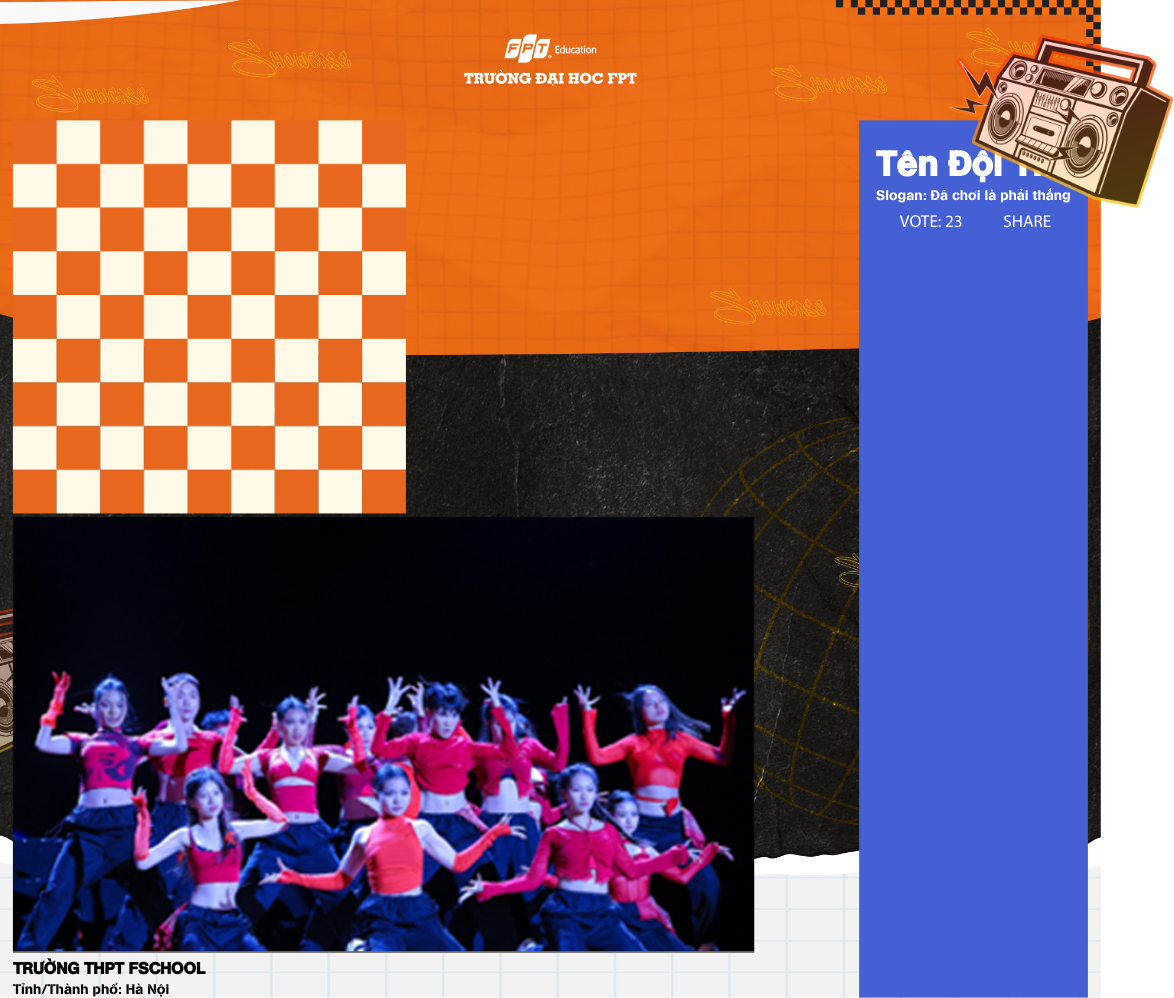
Repository: dinhtri123/hola_fpt
Page: detail.html
These files come from the project's save history. The page is drawn as it stood at one moment and after the next save; the edit follows.
The browser window is 1280 px wide. The page is 1365 px wide, so the pictures cover 1365 px, including what lies to the right of the window. The pictures show the whole page, at 86% of full size.

Above is the page before, as saved 2025-01-04 22:44:43.

### detail.html
<!DOCTYPE html>
<html lang="en">

<head>
  <meta charset="UTF-8">
  <meta name="viewport" content="width=device-width, initial-scale=1.0">
  <title>Detail</title>
  <link rel="stylesheet" href="styles.css">
</head>

<body>
  <section class="detail">
    <img src="./images/detail-bg.png" class="detail-bg" alt="">
    <div class="container">
      <a href="#" class="detail-logo">
        <img src="./images/logo.png" alt="">
      </a>
      <div class="detail-top">
        <div class="detail-top-left">
          <img src="./images/detail-img1.png" class="detail-top-left-bg" alt="">
          <img src="./images/detail-img.png" class="detail-top-left-img" alt="">
          <span>
            <h3>TRƯỜNG THPT FSCHOOL</h3>
            <P>Tỉnh/Thành phố: Hà Nội</P>
          </span>
        </div>
        <div class="detail-top-right">
          <img src="./images/detail-img2.png" alt="">
          <h3>Tên Đội Thi</h3>
          <p>Slogan: Đã chơi là phải thắng</p>
          <div class="news-item-action">
            <div class="vote">
              <i class="fa-regular fa-heart"></i>
              <span>VOTE: 23</span>
            </div>
            <div class="share">
              <i class="fa-regular fa-paper-plane"></i>
              SHARE
            </div>
          </div>
        </div>
      </div>
    </div>
  </section>
</body>

</html>

### styles.css
@font-face {
  font-family: "Myriad Pro";
  src: url("./fonts/MYRIADPRO-REGULAR.ttf") format("truetype");
}
@font-face {
  font-family: "SFUAGBuchStencilBQMedium";
  src: url("./fonts/SFUAGBuchStencilBQMedium.ttf") format("truetype");
  font-weight: normal;
  font-style: normal;
}
:root {
  --font-primary: "SFUAGBuchStencilBQMedium", sans-serif;
  --font-secondary: "Myriad Pro", sans-serif;
  --cl-white: #fff;
}
* {
  box-sizing: border-box;
  padding: 0;
  margin: 0;
}
body {
  font-family: var(--font-primary);
  font-size: 16px;
  font-weight: 400;
}
.container {
  max-width: 1630px;
  padding-left: 15px;
  padding-right: 15px;
  margin: 0px auto;
}
.sm {
  display: none !important;
}
.md {
  display: flex !important;
}
img {
  max-width: 100%;
  height: auto;
  object-fit: cover;
}
.intro > div {
  position: relative;
}
.intro-top {
  z-index: 1;
}
.intro-bg {
  position: absolute;
  width: 100%;
  height: 100%;
  top: 0;
  left: 0;
  z-index: -1;
  object-position: bottom;
}
.intro-inner {
  padding-top: 50px;
  text-align: center;
  z-index: 1;
}
.intro-logo {
  max-width: 280px;
}
.intro-title {
  margin-top: 30px;
}
.intro-title-small {
  margin-top: -60px;
  z-index: -1;
  position: relative;
}
.intro-btn {
  background: linear-gradient(to right, #e24103, #e66715);
  border-radius: 50px;
  border: 2px solid var(--cl-white);
  font-size: 54px;
  padding: 10px 100px 15px;
  color: var(--cl-white);
  text-transform: uppercase;
  font-family: var(--font-primary);
  line-height: 1;
  width: max-content;
  min-height: 80px;
  transform: translateY(30px);
}
.intro-bottom {
  padding-top: 180px;
  margin-top: -80px;
  text-align: center;
  padding-bottom: 100px;
}
.intro-bottom-desc {
  position: relative;
  padding: 220px 120px;
}
.intro-bottom-desc img {
  position: absolute;
  top: 0;
  left: 0;
  width: 100%;
  height: 100%;
  z-index: -1;
  object-fit: contain;
}
.intro-bottom-desc p {
  padding: 100px 50px;
  background: rgba(0, 0, 0, 0.5);
  color: var(--cl-white);
  font-family: var(--font-secondary);
  font-size: 30px;
  line-height: 1.4;
}
.intro-bottom .intro-btn {
  margin-top: -50px;
  transform: translateY(-40px);
}
/* reward */
.reward {
  position: relative;
}
.reward-bg {
  position: absolute;
  top: 0;
  left: 0;
  width: 100%;
  height: 100%;
}
.reward-inner {
  padding: 100px 0px;
  position: relative;
}
.time {
  position: relative;
  padding: 100px 0px 40px;
}
.time-bg {
  position: absolute;
  top: 0;
  left: 0;
  width: 100%;
  height: 100%;
  z-index: -1;
  object-position: bottom;
}
.time h2 {
  text-align: center;
  margin-top: 80px;
  margin-bottom: 50px;
}
.time-search {
  max-width: 80%;
  width: 100%;
  position: relative;
  min-height: 70px;
  padding: 10px;
  display: flex;
  align-items: center;
  border: 2px solid #f15a24;
  border-radius: 50px;
  margin: 0px auto;
}
.time-search input {
  flex: 1;
  width: 100%;
  height: 100%;
  background: transparent;
  border: none;
  outline: none;
  min-height: inherit;
  padding: 5px 20px;
  font-family: var(--font-secondary);
  font-size: 30px;
  color: var(--cl-white);
}
.time-search input::placeholder {
  color: var(--cl-white);
}
.time-search span {
  display: flex;
  width: max-content;
  height: 100%;
  background: linear-gradient(to right, transparent, #5e321a);
  align-items: center;
  min-height: inherit;
  padding: 5px 30px;
  text-transform: uppercase;
  color: var(--cl-white);
  font-size: 30px;
  border-radius: 50px;
  cursor: pointer;
}
.footer {
  margin-top: 100px;
}
.footer-top {
  display: flex;
  justify-content: space-between;
  align-items: flex-end;
  border-bottom: 1px solid var(--cl-white);
  padding: 10px 0px;
}
.footer-top p {
  font-family: var(--font-secondary);
  font-size: 24px;
  color: var(--cl-white);
}
.footer-social {
  display: flex;
  gap: 10px;
  align-items: center;
}
.footer-social a {
  width: 60px;
  height: 60px;
  border-radius: 8px;
  background-color: #f37021;
  color: var(--cl-white);
  display: flex;
  align-items: center;
  justify-content: center;
  text-decoration: none;
}
.footer-social a i {
  font-size: 24px;
}
.footer-main {
  margin-top: 50px;
  text-align: center;
  color: var(--cl-white);
  font-family: var(--font-secondary);
}
.footer-logo {
  margin-bottom: 20px;
  display: block;
}
.footer address {
  font-size: 28px;
  margin-bottom: 5px;
}
.footer-main a {
  display: block;
  text-align: center;
  color: var(--cl-white);
  text-decoration: none;
  font-size: 24px;
  margin: 0px auto 5px;
  width: fit-content;
}
.news-list {
  display: grid;
  grid-template-columns: repeat(3, 1fr);
  justify-content: space-between;
  margin-top: 100px;
  gap: 50px;
  padding-bottom: 50px;
}
.news-item {
  max-width: 460px;
}
.news-item-top {
  position: relative;
  padding: 52px;
}
.news-item-bg {
  position: absolute;
  z-index: -1;
  top: 0;
  left: 0;
  width: 100%;
}
.news-top-content {
  background-color: #4460d4;
  color: var(--cl-white);
  padding: 18px;
  width: 86%;
  transform: translateY(-4px);
}
.news-top-content h3 {
  font-size: 32px;
  text-transform: uppercase;
  font-weight: 500;
}
.news-top-content p {
  font-size: 16px;
  font-weight: 500;
}
.news-item-bottom {
  background: #000;
  margin-top: -5px;
  color: var(--cl-white);
  border-bottom-left-radius: 12px;
  border-bottom-right-radius: 10px;
}
.news-item-desc {
  position: relative;
  transform: translateY(-25px);
}
.news-item-desc::before {
  content: "";
  position: absolute;
  top: 0;
  left: 0;
  background-image: url("./images/news-img2.png");
  background-repeat: no-repeat;
  width: 100%;
  height: 100%;
  background-size: 100% 100%;
  transform: scaleX(1.03) scaleY(1.5);
}
.news-item-desc p {
  max-width: 80%;
  margin: 0px auto;
  z-index: 1;
  font-size: 12px;
  position: relative;
  padding: 5px 0px;
  transform: rotate(-4deg);
  font-weight: 600;
  font-family: var(--font-secondary);
  color: #3b382b;
}
.news-item-desc p b {
  font-family: var(--font-primary);
  text-transform: uppercase;
}
.news-item-action {
  display: flex;
  justify-content: space-between;
  align-items: center;
  max-width: 80%;
  margin: 0px auto;
  padding: 10px 0px;
  font-size: 20px;
  font-family: var(--font-secondary);
}
.news-item-action > div {
  display: flex;
  gap: 5px;
  align-items: center;
  cursor: pointer;
}
.news-item-action > div i {
  font-size: 22px;
}

/* detail */
.detail {
  position: relative;
}
.detail-bg {
  position: absolute;
  top: 0;
  left: 0;
  width: 100%;
  height: 100%;
  z-index: -1;
  object-position: top;
}
.detail-logo {
  max-width: 200px;
  margin: 0px auto 40px;
  display: flex;
  padding-top: 40px;
}
.detail-top {
  display: flex;
  gap: 20px;
}
.detail-top-left {
  flex: 1;
}
.detail-top-right {
  max-width: 600px;
  background-color: #4460d4;
  padding: 20px;
  position: relative;
  color: var(--cl-white);
}
.detail-top-right > img {
  position: absolute;
  top: -100px;
  right: -100px;
}
.detail-top-right h3 {
  font-size: 40px;
}
.detail-top-right p {
  font-size: 16px;
}

@media screen and (max-width: 1280px) {
  .news-list {
    grid-template-columns: repeat(2, 1fr);
  }
}
@media screen and (max-width: 1024px) {
  .intro-bottom-desc {
    padding: 100px 20px;
  }
  .intro-bottom-desc p {
    padding: 50px;
  }
  .news-top-content h3 {
    font-size: 20px;
  }
  .news-item-top {
    padding: 40px;
  }
  .news-list {
    gap: 40px;
  }
  .footer {
    margin: 0;
  }
}
@media screen and (max-width: 767px) {
  .sm {
    display: flex !important;
  }
  .md {
    display: none !important;
  }
  .intro-btn {
    padding: 10px 20px;
    min-height: auto;
    font-size: 16px;
  }
  .intro-bottom-desc p {
    padding: 20px;
    font-size: 16px;
  }
  .intro-logo {
    max-width: 120px;
    margin: 0px auto;
    display: flex;
  }
  .intro-inner .intro-bg {
    object-position: top;
    object-fit: fill;
  }
  .intro-inner {
    padding-top: 40px;
  }
  .intro-title-small {
    display: none;
  }
  .intro-inner .intro-btn {
    transform: translateY(20px);
  }
  .intro-title {
    max-width: 90%;
    margin: 30px auto 0px;
  }
  .intro-bottom {
    padding-top: 130px;
  }
  .intro-bottom > div > img:nth-child(3) {
    max-width: 80%;
  }
  .intro-bottom-desc {
    padding: 0px;
  }
  /* .intro-bottom-desc img {
    transform: scale(1.1);
  } */
  .intro-bottom .intro-btn {
    margin-top: 10px;
    transform: translateY(0px);
  }
  .time {
    padding: 40px 0px;
  }
  .time h2 {
    margin: 40px 0px 20px;
  }
  .time-search {
    max-width: 100%;
    min-height: 40px;
    padding: 5px;
  }
  .time-search input {
    font-size: 16px;
  }
  .time-search span {
    font-size: 14px;
    padding: 5px 10px;
    gap: 5px;
  }
  .time-search input {
    font-size: 16px;
    padding: 0px 10px;
  }
  .news-list {
    gap: 15px;
  }
  .news-item-top {
    padding: 5px;
  }
  .news-top-content {
    padding: 10px;
  }
  .news-top-content h3 {
    font-size: 12px;
  }
  .news-top-content p {
    font-size: 8px;
    font-weight: 500;
  }
  .news-item-desc p {
    font-size: 8px;
    max-width: 90%;
    transform: rotate(-8deg);
  }
  .news-item-desc::before {
    transform: scaleX(1.03) scaleY(1.4);
  }
  .news-item-action,
  .news-item-action > div i {
    font-size: 10px;
  }
  .news-item-bg {
    height: 100%;
  }
  .news-item-desc {
    transform: translateY(-6px) rotate(2deg);
  }
  .news-list {
    position: relative;
    padding-bottom: 80px;
    margin-top: 40px;
  }
  .news-list::before {
    content: "";
    position: absolute;
    top: 100px;
    left: -15px;
    background-image: url(./images/news-list-bg.png);
    background-repeat: no-repeat;
    background-size: cover;
    width: calc(100% + 30px);
    height: 95%;
    z-index: -1;
  }
  .footer {
    margin-top: 40px;
  }
  .footer-top p {
    font-size: 12px;
    max-width: 50%;
  }
  .footer-social a {
    width: 30px;
    height: 30px;
    border-radius: 4px;
  }
  .footer-social a i {
    font-size: 14px;
  }
  .footer-logo {
    max-width: 120px;
  }
  .footer-main h3 {
    max-width: 80%;
    margin: 0px auto;
  }
  .footer address {
    font-size: 14px;
  }
  .footer-main a {
    font-size: 14px;
  }
  .footer-main {
    margin-top: 20px;
  }
}

After the next save:
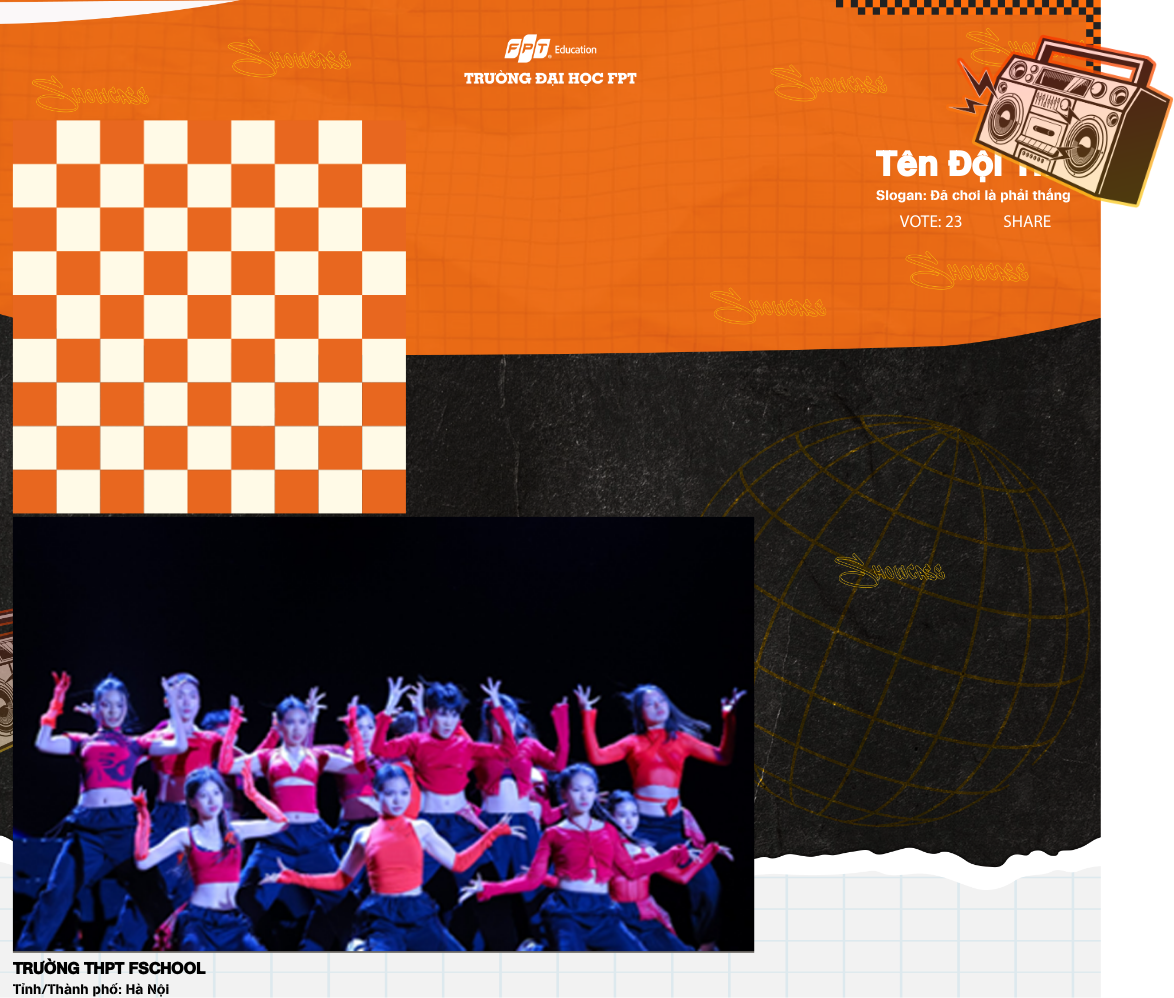
Saved 29 s later.
--- a/styles.css
+++ b/styles.css
@@ -373,7 +373,6 @@
 }
 .detail-top-right {
   max-width: 600px;
-  background-color: #4460d4;
   padding: 20px;
   position: relative;
   color: var(--cl-white);
@@ -382,6 +381,9 @@
   position: absolute;
   top: -100px;
   right: -100px;
+}
+.detail-top-right-content {
+  background-color: #4460d4;
 }
 .detail-top-right h3 {
   font-size: 40px;
